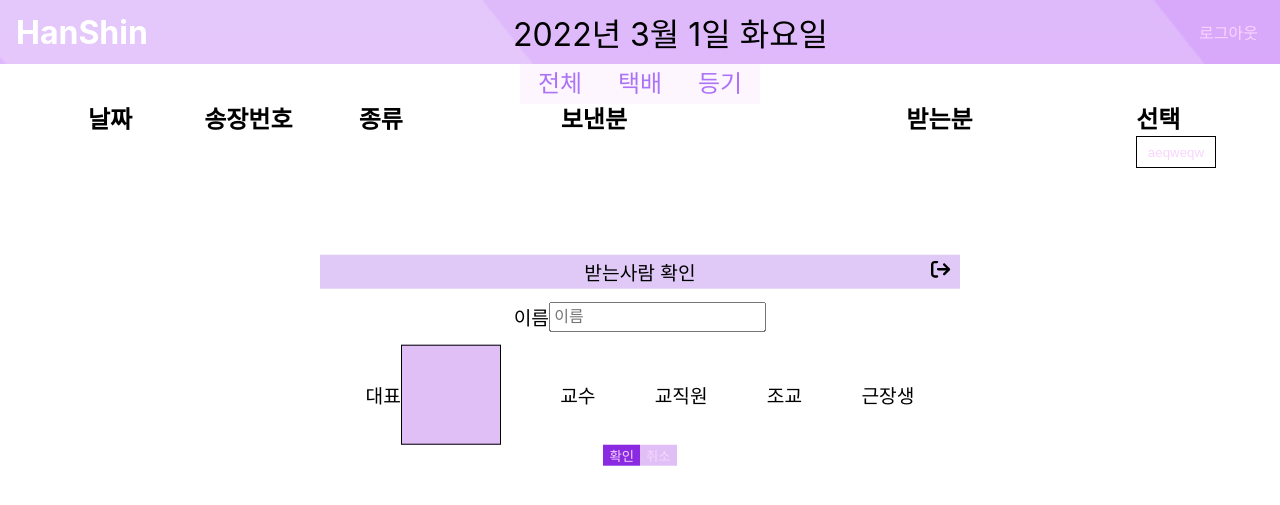
Repository: SeungYn/hanshinClient
Page: /, after clicking the first element matching `button.package_d2e76_submitBtn`
An editor plug-in stored every save of this project. The page is shown before and after the next save, followed by the edit.
The browser window is 1280 px wide. The pictures show the whole page.
The page's requests for data from a server got no answer. The project was rebuilt for these pictures with package versions that can differ from the ones it lists, and the page was loaded fresh each time. No one was signed in, and anything a server would have sent is missing. Also part of the build but not shown: src/App.css, src/components/item/item.jsx, src/components/addboxs/addBoxs.jsx.

Above is the page before, as saved 2022-03-01 02:40:10.

After the next save:
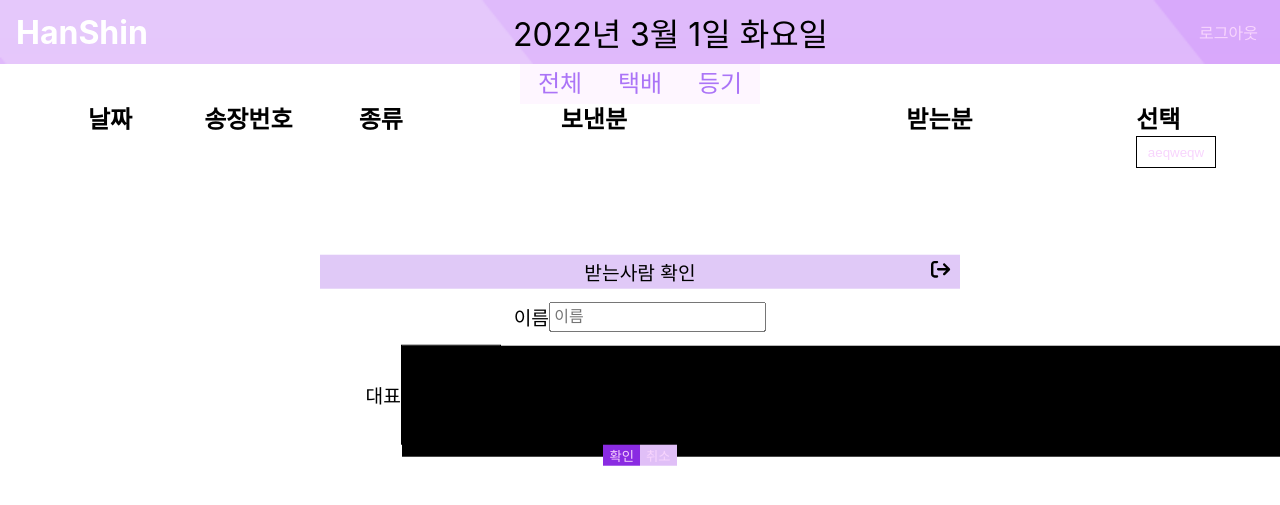
Saved 9 s later.
--- a/src/components/receiverInput/receiverInput.module.css
+++ b/src/components/receiverInput/receiverInput.module.css
@@ -56,7 +56,7 @@
 
 .checkedBox:after {
   content: '';
-  display: black;
+  display: block;
   background-color: black;
   width: 1111px;
   height: 111px;

After the save that followed:
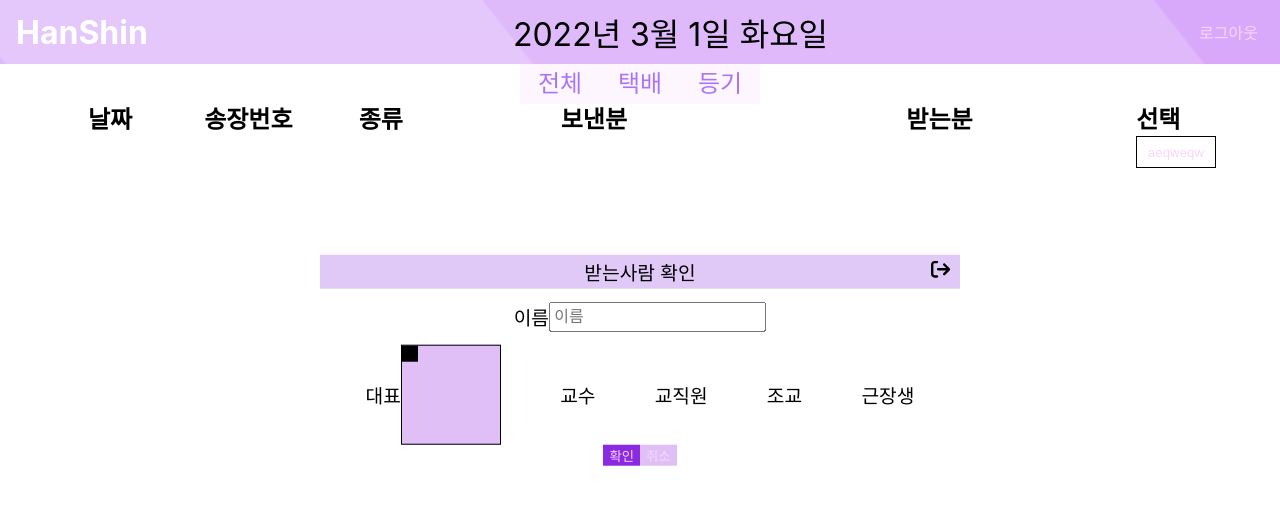
Saved 13 s later.
--- a/src/components/receiverInput/receiverInput.module.css
+++ b/src/components/receiverInput/receiverInput.module.css
@@ -58,8 +58,8 @@
   content: '';
   display: block;
   background-color: black;
-  width: 1111px;
-  height: 111px;
+  width: 1rem;
+  height: 1rem;
 }
 
 input[type='radio']:checked {
